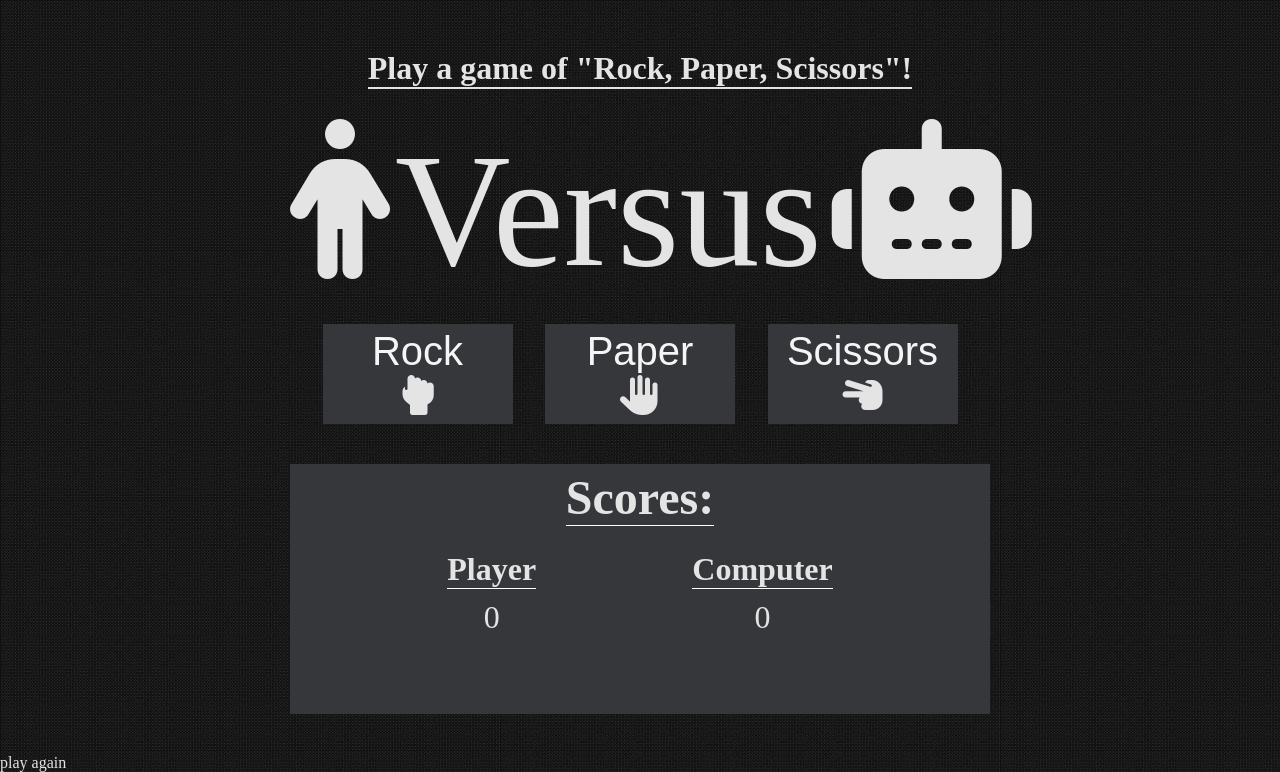
Repository: Pafestivo/rock-paper-scissors
Page: index.html
The author's editor kept a copy of each file at every save. The page is drawn from the files as they stood at one save, then again after the next save.
The browser window is 1280 px wide. The pictures show the whole page.
Some web libraries are served in a nearby version.

Above is the page before, as saved 2022-10-15 11:59:52.

After the next save:
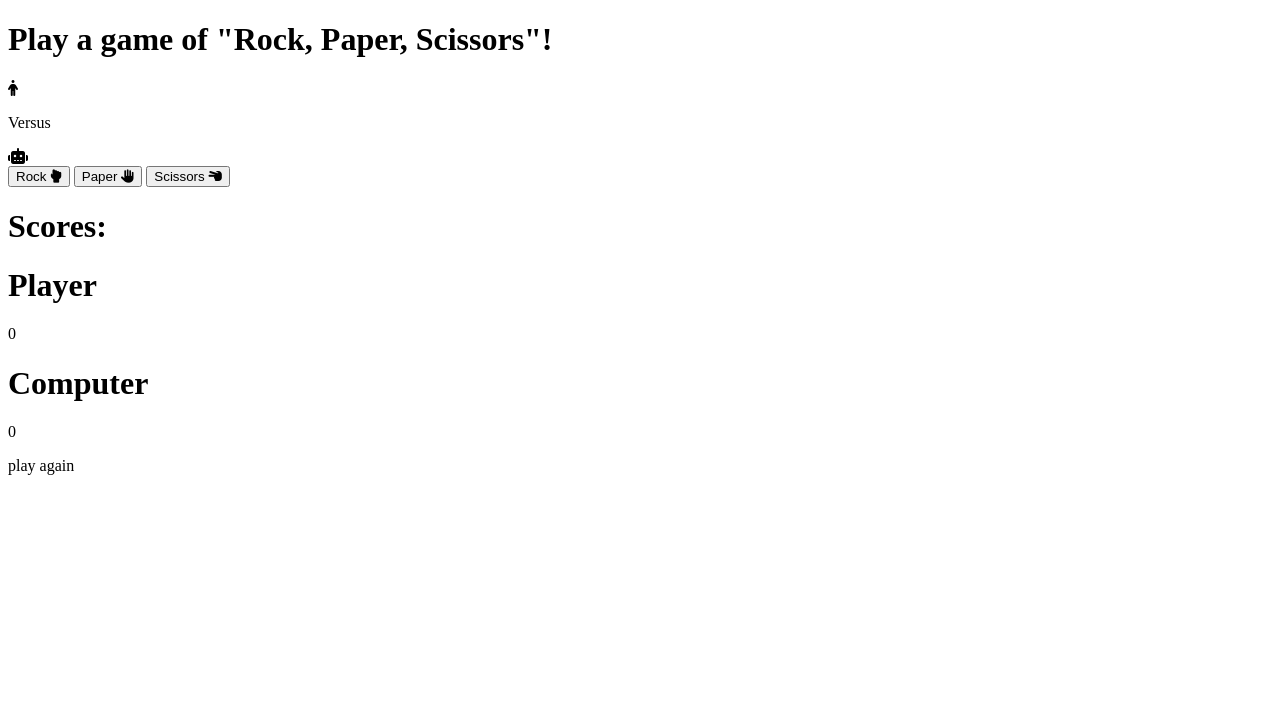
Saved 41 s later.
--- a/styles.css
+++ b/styles.css
@@ -1,132 +1,4 @@
-* {
-  margin: 0;
-  padding: 0;
-  box-sizing: border-box;
-}
 
-body {
-  font-family: serif;
-  background-image: url(images/background.jpg);
-  color: rgb(228, 228, 228);
-}
-
-header {
-  width: max-content;
-  margin: 50px auto 30px auto;
-  border-bottom: 2px solid rgb(228, 228, 228);
-}
-
-#versus {
-  display: flex;
-  width: 700px;
-  font-size: 10rem;
-  margin: 0 auto 20px auto;
-  justify-content: space-evenly;
-  color: rgb(228, 228, 228);
-}
-
-.fa-robot {
-  margin-left: 10px;
-  font-size: 10rem;
-}
-
-.fa-person {
-  font-size: 10rem;
-  margin-right: 5px;
-}
-
-.buttons {
-  display: flex;
-  width: 700px;
-  margin: 0 auto;
-  justify-content: space-evenly;
-}
-
-button {
-  position: relative;
-  width: 190px;
-  height: 100px;
-  background-color: #35373B;
-  border: none;
-  font-size: 40px;
-  color: whitesmoke;
-}
-
-button .fa-solid {
-  width: 100%;
-  color: rgb(228, 228, 228);
-}
-
-button:hover {
-  cursor: pointer;
-  background-color: #56595f;
-}
-
-button:focus {
-  background-color: #635656;
-}
-
-button:disabled:hover {
-  cursor: not-allowed;
-  background-color: #35373B;
-}
-
-.comp-choice {
-  position: absolute;
-  bottom: 5px;
-  right: 10px;
-  font-size: 20px;
-  max-width: 20px;
-}
-
-.player-choice {
-  position: absolute;
-  bottom: 5px;
-  left: 10px;
-  font-size: 20px;
-  max-width: 20px;
-}
-
-#results {
-  margin: 40px auto 40px auto;
-  width: 700px;
-  height: 250px;
-  padding: 1px;
-  background-color: #35373B;
-}
-
-#scores-header {
-  margin: 5px auto 25px auto;
-  font-size: 3em;
-  width: max-content;
-  border-bottom: 1px solid white;
-}
-
-.columns {
-  display: flex;
-  justify-content: space-evenly;
-  margin-bottom: 20px;
-}
-
-
-
-.round-result {
-  margin-bottom: 15px;
-  font-size: 2em;
-  text-align: center;
-  padding: 0;
-}
-
-.underline {
-  width: max-content;
-  border-bottom: 1px solid white;
-}
-
-.points {
-  font-size: 2em;
-  text-align: center;
-  margin-top: 10px;
-}
 
 #play-again {
   margin: 0 auto;
